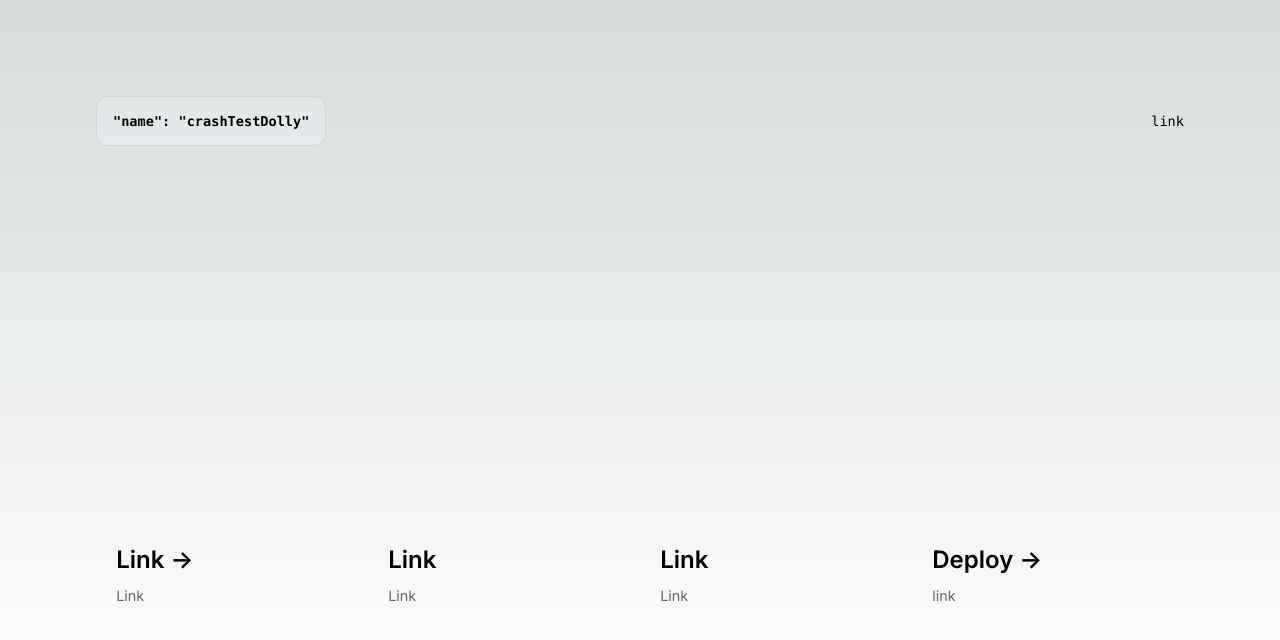
Repository: ajenstory/jencorbett.dev
Page: / (app in app/)
These files come from the project's save history. The page is drawn as it stood at one moment and after the next save; the edit follows.
The browser window is 1280 px wide. The pictures show the whole page.
The project was rebuilt for these pictures with package versions that can differ from the ones it lists, and the page was loaded fresh each time. The framework's server and built-in components were replaced by stand-ins that run in the browser. Also part of the build but not shown: app/next.config.js.

Above is the page before, as saved 2023-03-18 18:00:23.

After the next save:
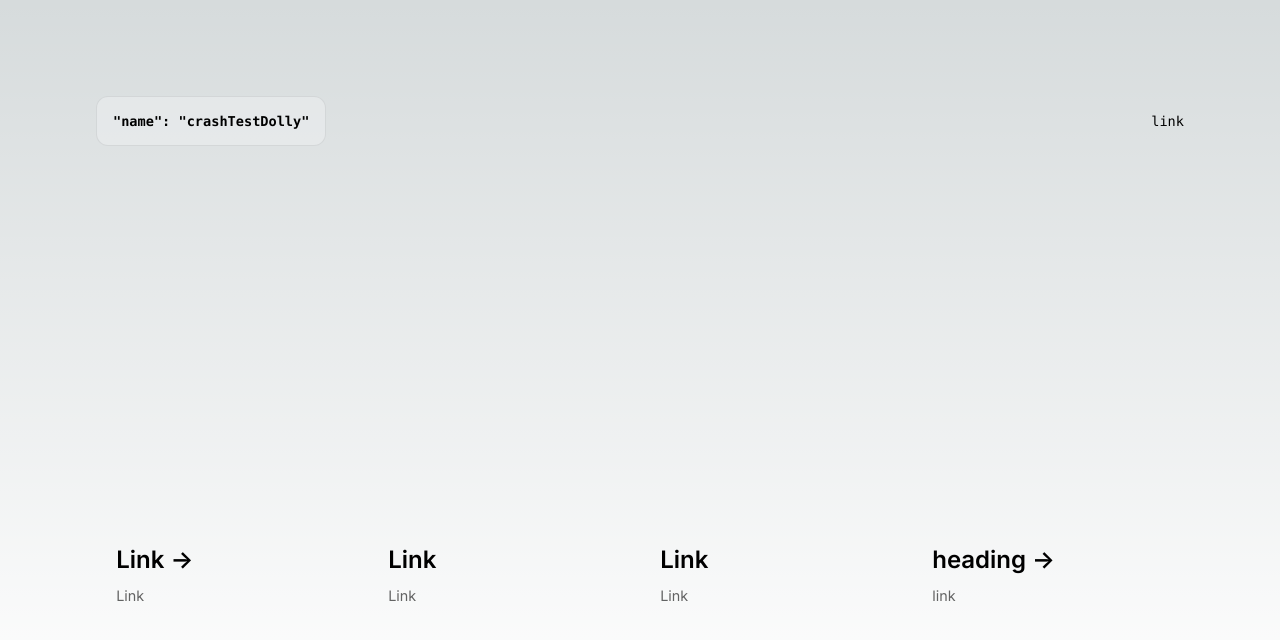
Saved 6 s later.
--- a/app/pages/index.js
+++ b/app/pages/index.js
@@ -76,7 +76,7 @@ export default function Home() {
             rel='noopener noreferrer'
           >
             <h2 className={inter.className}>
-              Deploy <span>-&gt;</span>
+              heading <span>-&gt;</span>
             </h2>
             <p className={inter.className}>link</p>
           </a>
